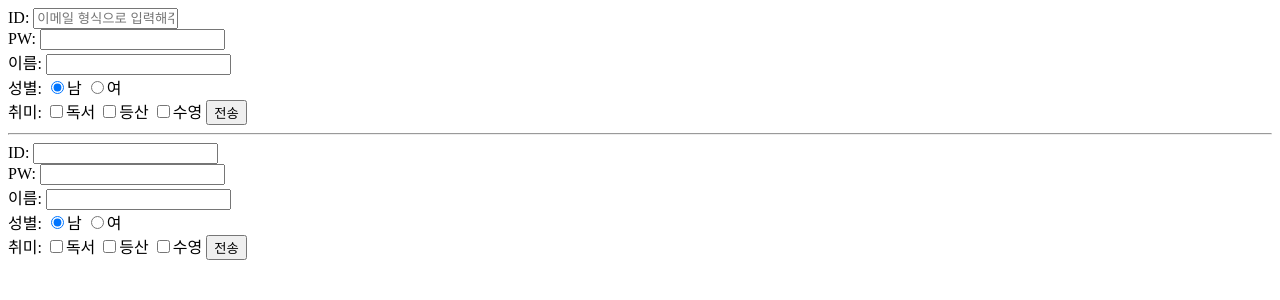
Repository: WonHwiAhn/JAVAClass
Page: 180131_GetParameterValues/WebContent/regist.html
An editor plug-in stored every save of this project. The page is shown before and after the next save, followed by the edit.
The browser window is 1280 px wide. The pictures show the whole page.

Above is the page before, as saved 2018-01-31 01:32:00.

After the next save:
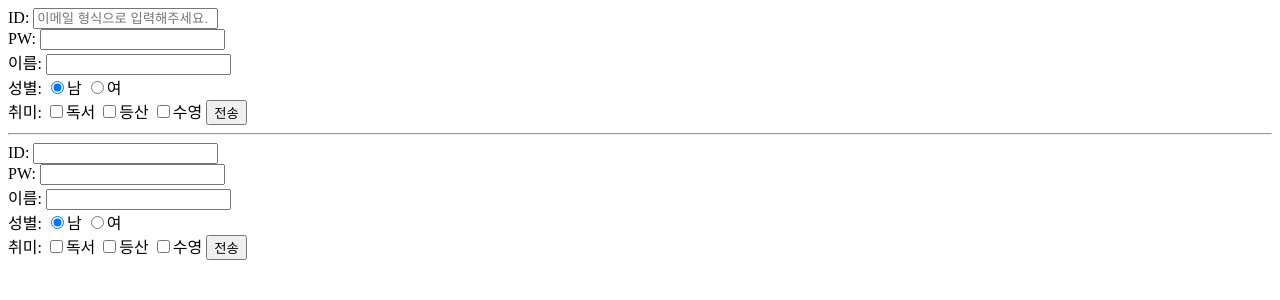
Saved 12 s later.
--- a/180131_GetParameterValues/WebContent/regist.html
+++ b/180131_GetParameterValues/WebContent/regist.html
@@ -6,7 +6,7 @@
 </head>
 <body>
 	<form action="ms2">
-		ID: <input type="text" name="id" placeholder="이메일 형식으로 입력해주세요." size="15"><br>
+		ID: <input type="text" name="id" placeholder="이메일 형식으로 입력해주세요." size="20"><br>
 		PW: <input type="password" name="pw"><br>
 		이름: <input type="text" name="userName"><br>
 		성별: <input type="radio" name="sex" value="m" checked>남
